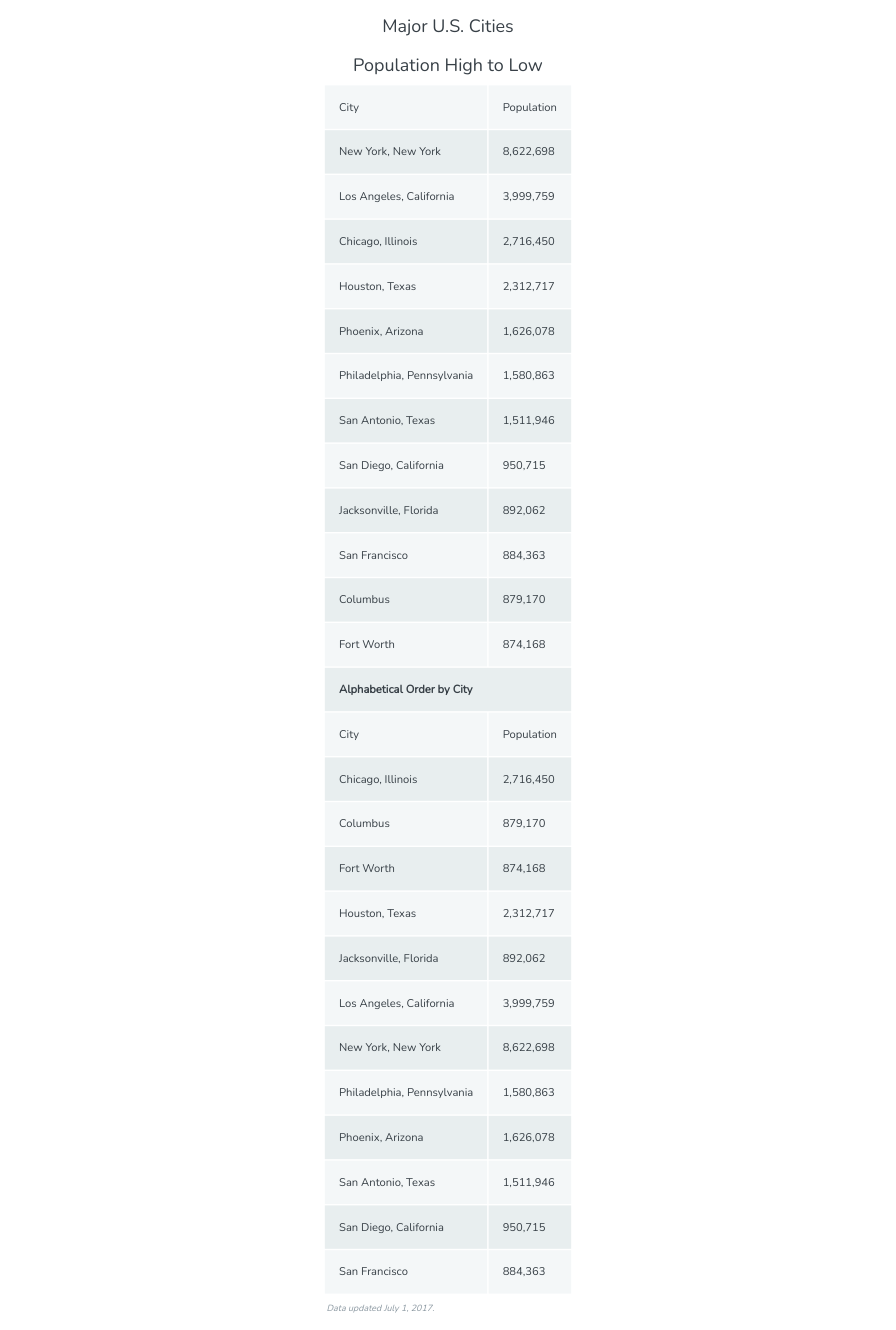
Repository: oduong1/COSW30
Page: http://localhost/homework/hw4/population_array.php
The author's editor kept a record of every edit. The page is drawn from the files as they stood at one moment, then again after the next edit.
The browser window is 1280 px wide. The pictures show the whole page, at 70% of full size.
The page is run by PHP 8.4 with error messages shown; the project is at /var/www/html/.

Above is the page before.
Not found: homework/hw4/normalize.css

### homework/hw4/population_array.php
<!DOCTYPE html>
<html>
  <head>
    <meta charset="utf-8">
    <meta name="viewport" content="width=device-width, initial-scale=1.0">
    <title>City Population</title>
    <link rel="stylesheet" href="normalize.css">
    <link href='http://fonts.googleapis.com/css?family=Nunito:400,300' rel='stylesheet' type='text/css'>
    <link rel="stylesheet" href="table.css">
  </head>
  <body>

      <table>
        <caption>Major U.S. Cities</caption>
        <!--<thead>-->
        <!--    <tr>-->
        <!--      <th scope="col">City</th>-->
        <!--      <th scope="col">Population</th>   -->
        <!--    </tr>-->
        <!--</thead>-->

        <tfoot>
          <tr>
            <td colspan="3">Data updated July 1, 2017.</td>
          </tr>
        </tfoot>
      <tbody>
    <?php // Create array

        $population = [
            "New York, New York" => "8,622,698",
            "Los Angeles, California" => "3,999,759",
            "Chicago, Illinois" => "2,716,450",
            "Houston, Texas" => "2,312,717",
            "Phoenix, Arizona" => "1,626,078",
            "Philadelphia, Pennsylvania" => "1,580,863",
            "San Antonio, Texas" => "1,511,946",
            "San Diego, California" => "950,715",
            "Jacksonville, Florida" => "892,062",
            "San Francisco" => "884,363",
            "Columbus" => "879,170",
            "Fort Worth" => "874,168"
        ];

//display original list
echo'        <caption>Population High to Low</caption>';
// echo '<tr><td colspan="2"><b>Population High to Low</br></td></tr>';
echo '<tr><td>City</td><td>Population</td></tr>';

        foreach ($population as $city => $pop) {
            echo "
                <tr>
                  <td>$city</td>
                  <td>$pop</td>
                </tr>\n";
            }

//display list by city
ksort($population);
echo '<tr><td colspan="2" text-align="center"><b>Alphabetical Order by City</br></td></tr>';
echo '<tr><td>City</td><td>Population</td></tr>';

        foreach ($population as $city => $pop) {
            echo "
                <tr>
                  <td>$city</td>
                  <td>$pop</td>
                </tr>\n";
            }
?>
        </tbody>

      </table>

  </body>
</html>

### homework/hw4/table.css
*, *:before, *:after {
  -moz-box-sizing: border-box;
  -webkit-box-sizing: border-box;
  box-sizing: border-box;
}

body {
  font-family: 'Nunito', sans-serif;
  color: #384047;
  text-align: center;
}

table {
  max-width: 960px;
  margin: 10px auto;
}

#center_a {
  display: block;
  max-width: 960px;
  margin: 10px auto;
  color: blue;

}

caption {
  font-size: 1.6em;
  font-weight: 400;
  padding: 10px 0;
}

thead th {
  font-weight: 400;
  background: #8a97a0;
  color: #FFF;
}

tr {
  background: #f4f7f8;
  border-bottom: 1px solid #FFF;
  margin-bottom: 5px;
}

tr:nth-child(even) {
  background: #e8eeef;
}

th {
  text-align: center;
  padding: 20px;
  font-weight: 300;
}

td {
  text-align: left;
  padding: 20px;
  font-weight: 300;
}

tfoot tr {
  background: none;
}

tfoot td {
  padding: 10px 2px;
  font-size: 0.8em;
  font-style: italic;
  color: #8a97a0;
}

After the next edit:
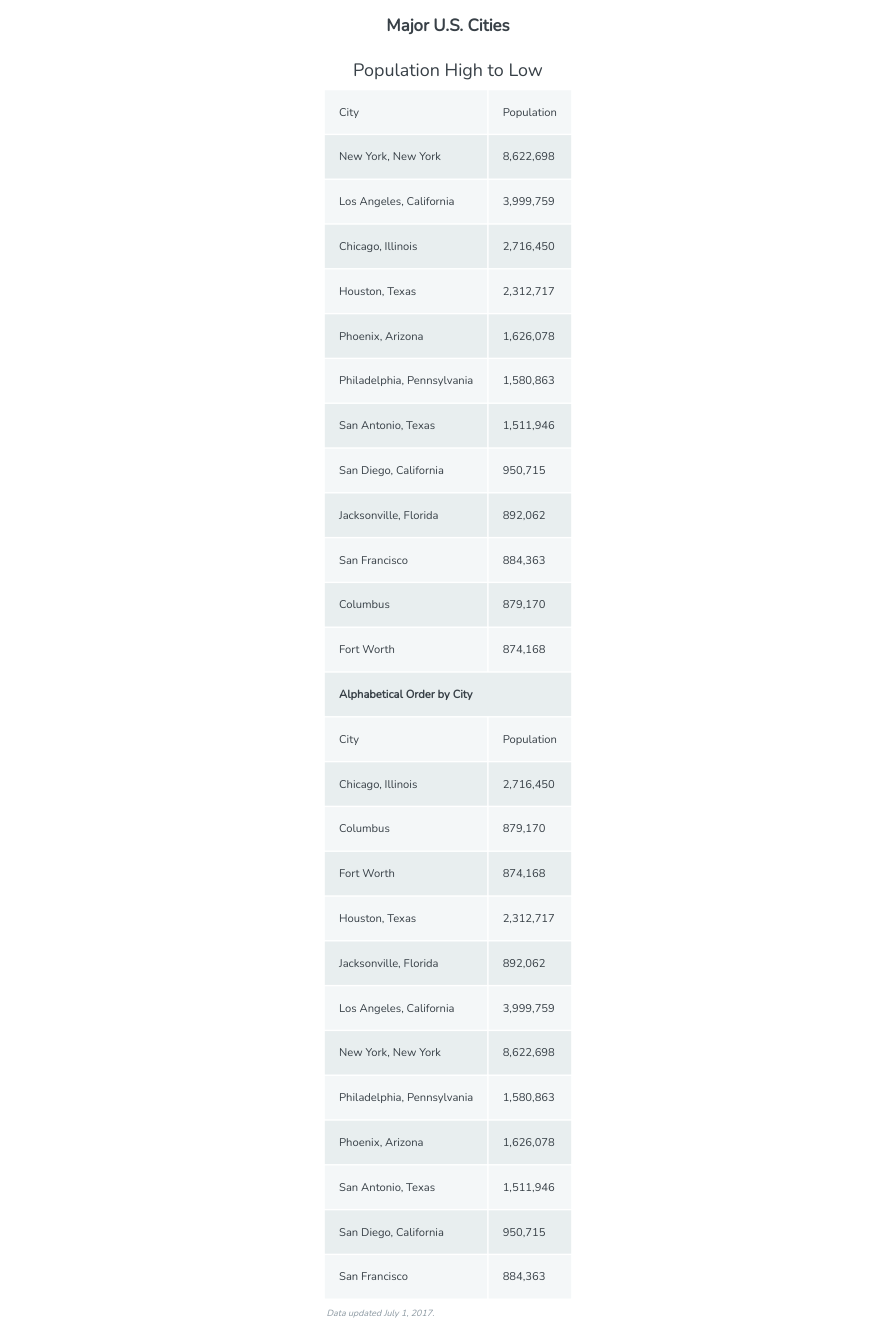
The edit:
--- a/homework/hw4/population_array.php
+++ b/homework/hw4/population_array.php
@@ -11,7 +11,7 @@
   <body>
 
       <table>
-        <caption>Major U.S. Cities</caption>
+        <h2>Major U.S. Cities</h2>
         <!--<thead>-->
         <!--    <tr>-->
         <!--      <th scope="col">City</th>-->
